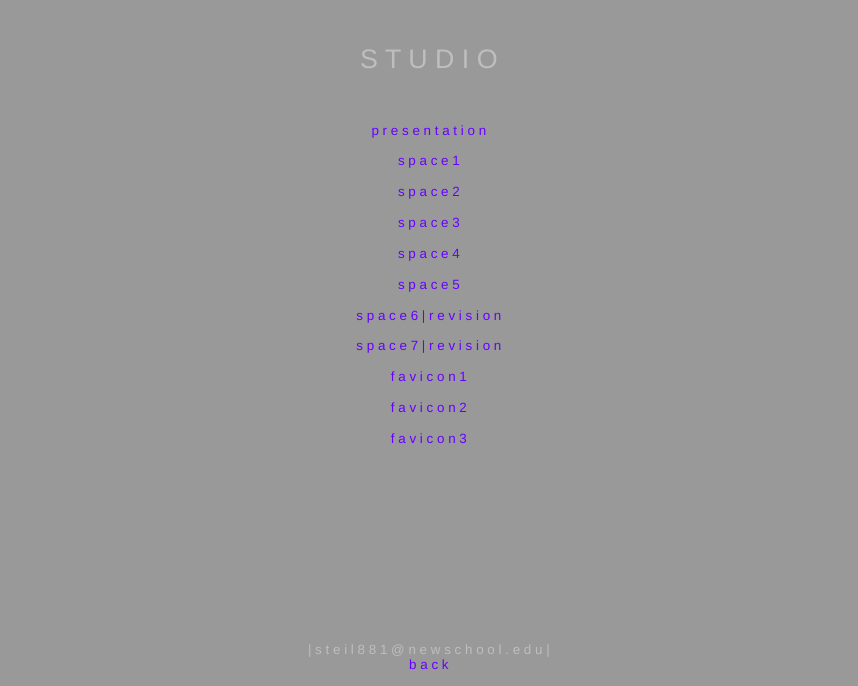
Repository: steil881/steil881.github.io
Page: studio/index.html
The author's editor kept a record of every edit. The page is drawn from the files as they stood at one moment, then again after the next edit.
The browser window is 1280 px wide. The pictures show the whole page, at 67% of full size.

Above is the page before.

After the next edit:
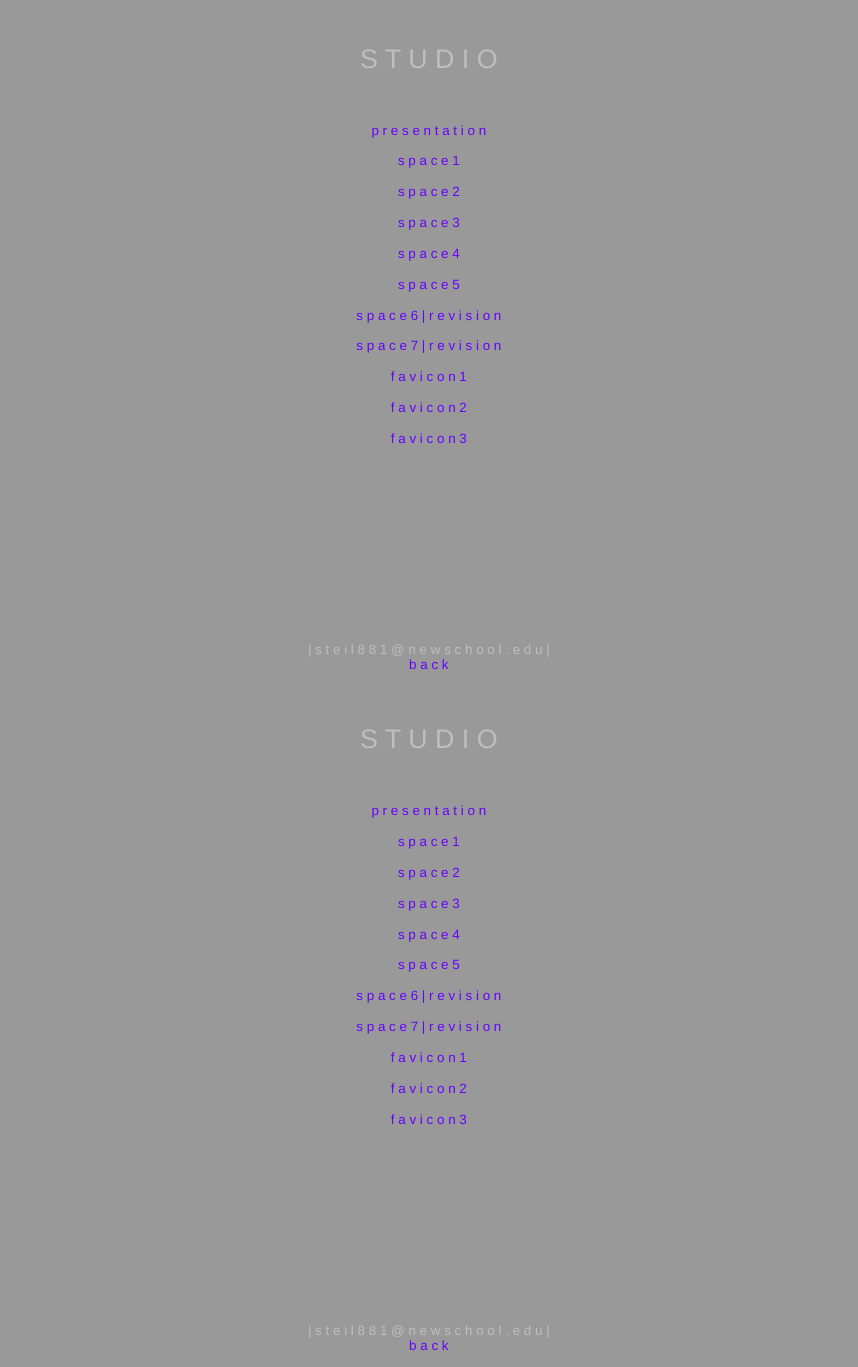
The edit:
--- a/studio/index.html
+++ b/studio/index.html
@@ -141,4 +141,147 @@
         </center>
       </code>
     </body>
+</html><html>
+    <head>
+       <title>| interactive studio |</title>
+       <style>
+
+         h1 {
+           font-family: 'Helvetica Neue', Helvetica, Arial, sans-serif;
+           color: #BEBEBE;
+           font-weight: lighter;
+           font-size: 40px;
+         }
+
+         h2 {
+           font-family: 'Helvetica Neue', Helvetica, Arial, sans-serif;
+           font-weight: lighter;
+           font-size: 20px;
+         }
+
+         h3 {
+           font-family: 'Helvetica Neue', Helvetica, Arial, sans-serif;
+           font-weight: lighter;
+           font-size: 20px;
+         }
+
+        body {
+           background-color: #999999;
+           color: #BEBEBE;
+        }
+
+        a:link {
+         color: #6600FF;
+        }
+
+        a:hover {
+        color: #BEBEBE;
+        }
+
+        a:visited {
+        background-color: none;
+        }
+
+       </style>
+    </head>
+    <body>
+      <code>
+        <center>
+
+        <br>
+        <br>
+
+        <h1>S T U D I O</h1>
+
+        <br>
+        <br>
+
+        <h2>
+
+        <a href="presentation/index.html" style="text-decoration:none" font-family= "'Helvetica Neue', Helvetica, Arial, sans-serif;">p r e s e n t a t i o n</a>
+
+        <br>
+        <br>
+
+        <a href="space/1/index.html" style="text-decoration:none" font-family= "'Helvetica Neue', Helvetica, Arial, sans-serif;">s p a c e 1</a>
+
+        <br>
+        <br>
+
+        <a href="space/2/index.html" style="text-decoration:none" font-family= "'Helvetica Neue', Helvetica, Arial, sans-serif;">s p a c e 2</a>
+
+        <br>
+        <br>
+
+        <a href="space/3/index.html" style="text-decoration:none" font-family= "'Helvetica Neue', Helvetica, Arial, sans-serif;">s p a c e 3</a>
+
+        <br>
+        <br>
+
+        <a href="space/4/index.html" style="text-decoration:none" font-family= "'Helvetica Neue', Helvetica, Arial, sans-serif;">s p a c e 4</a>
+
+        <br>
+        <br>
+
+        <a href="space/5/index.html" style="text-decoration:none" font-family= "'Helvetica Neue', Helvetica, Arial, sans-serif;">s p a c e 5</a>
+
+        <br>
+        <br>
+
+        <a href="space/6/index.html" style="text-decoration:none" font-family= "'Helvetica Neue', Helvetica, Arial, sans-serif;">s p a c e 6 | r e v i s i o n</a>
+
+        <br>
+        <br>
+
+        <a href="space/7/index.html" style="text-decoration:none" font-family= "'Helvetica Neue', Helvetica, Arial, sans-serif;">s p a c e 7 | r e v i s i o n</a>
+
+        <br>
+        <br>
+
+        <a href="favicon/1/index.html" style="text-decoration:none" font-family= "'Helvetica Neue', Helvetica, Arial, sans-serif;">f a v i c o n 1</a>
+
+        <br>
+        <br>
+
+        <a href="favicon/2/index.html" style="text-decoration:none" font-family= "'Helvetica Neue', Helvetica, Arial, sans-serif;">f a v i c o n 2</a>
+
+         <br>
+        <br>
+
+        <a href="favicon/3/index.html" style="text-decoration:none" font-family= "'Helvetica Neue', Helvetica, Arial, sans-serif;">f a v i c o n 3</a>
+
+        </h2>
+
+        <br>
+        <br>
+        <br>
+        <br>
+        <br>
+        <br>
+        <br>
+        <br>
+        <br>
+        <br>
+        <br>
+        <br>
+        <br>
+        <br>
+        <br>
+        <br>
+        <br>
+
+        <h3>
+
+            | s t e i l 8 8 1 @ n e w s c h o o l . e d u |
+
+            <br>
+
+            <a href="../index.html" style="text-decoration:none" font-family= "'Helvetica Neue', Helvetica, Arial, sans-serif;"> b a c k </a>
+
+        </h3>
+
+
+        </center>
+      </code>
+    </body>
 </html>
